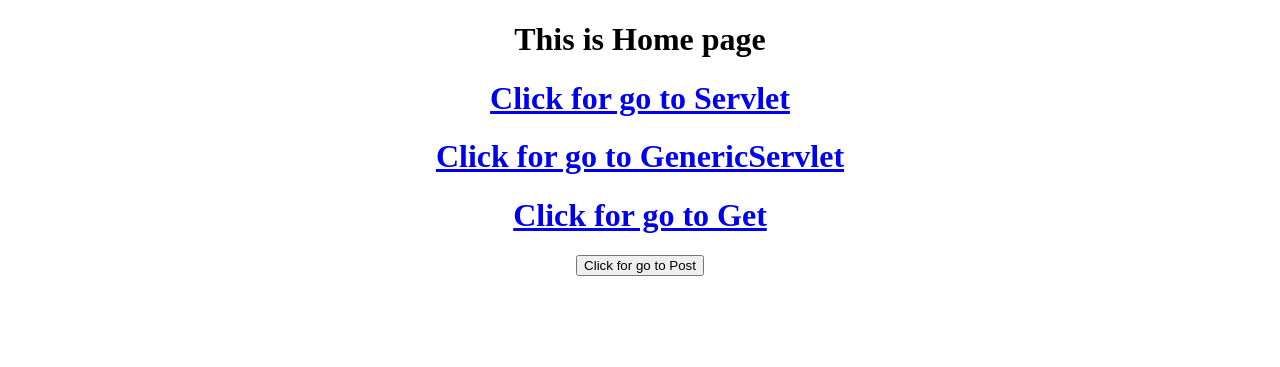
Repository: Hashim-Ansari-82/Servlet-And-JSP
Page: 2nd-Servlet-Demo/src/main/webapp/index.html
An editor plug-in stored every save of this project. The page is shown before and after the next save, followed by the edit.
The browser window is 1280 px wide. The pictures show the whole page.

Above is the page before, as saved 2026-06-03 18:46:14.

### 2nd-Servlet-Demo/src/main/webapp/index.html
<!DOCTYPE html>
<html>
<head>
<meta charset="UTF-8">
<title>Insert title here</title>
</head>
<body>
<div style="text-align:center">
<h1>This is Home page</h1>
<h1>
<a href="first">Click for go to Servlet</a>
</h1>
<h1>
<a href="second">Click for go to GenericServlet</a>
</h1>
<h1>
<a href="third">Click for go to Get</a>
</h1>

<form action="third" method="post">

<button type="submit">Click for go to Post</button>

</form>
</div>
</body>
</html>

After the next save:
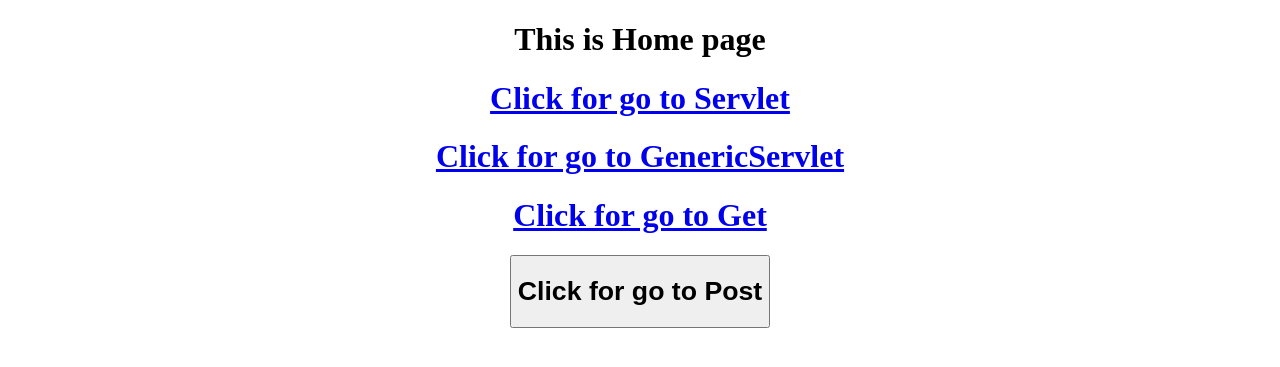
Saved 25 s later.
--- a/2nd-Servlet-Demo/src/main/webapp/index.html
+++ b/2nd-Servlet-Demo/src/main/webapp/index.html
@@ -19,7 +19,7 @@
 
 <form action="third" method="post">
 
-<button type="submit">Click for go to Post</button>
+<button type="submit"><h1>Click for go to Post</h1></button>
 
 </form>
 </div>
